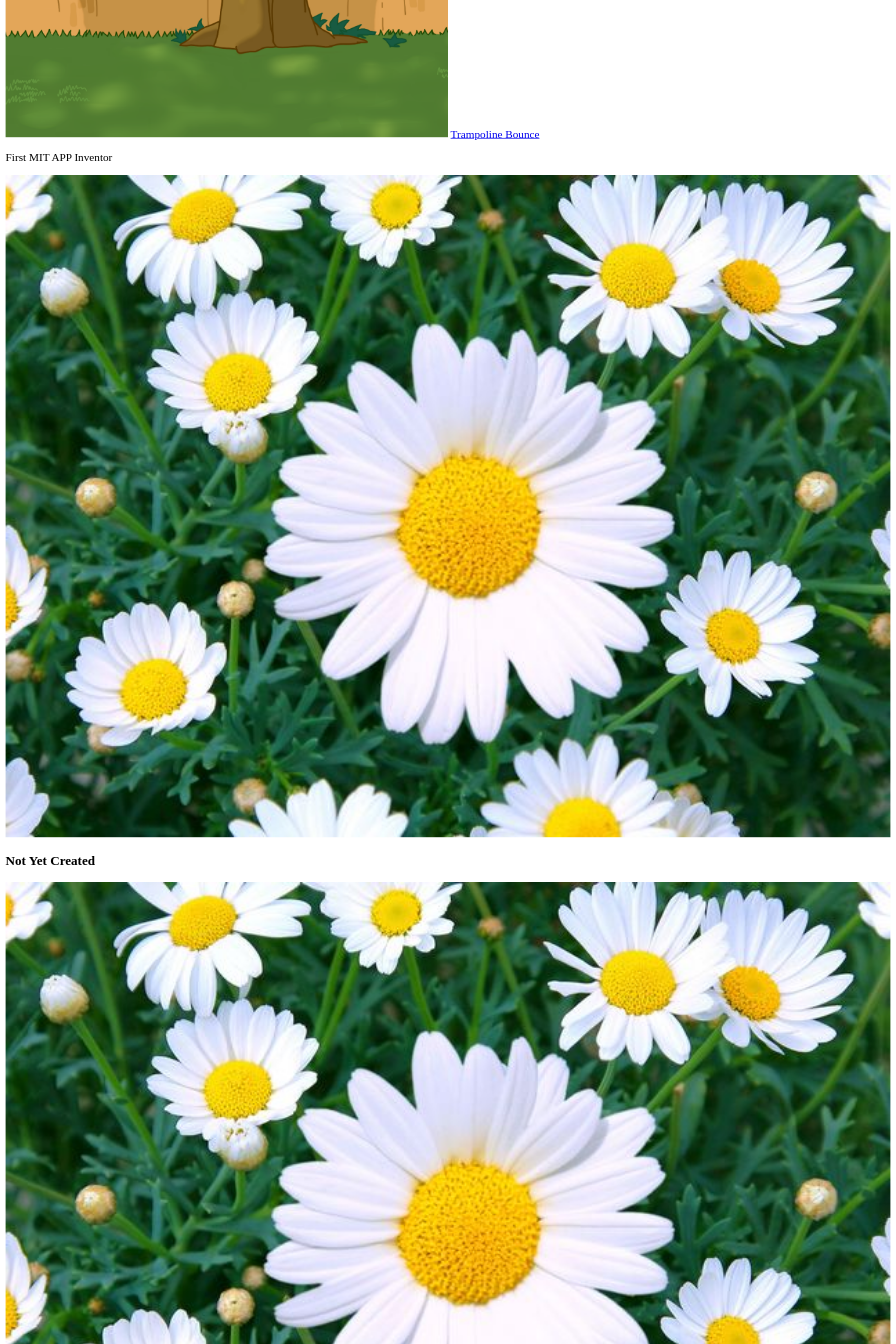
Repository: EMcmurray1862/emcmurray1862.github.io
Page: my_website/portfolio.html
The author's editor kept a record of every edit. The page is drawn from the files as they stood at one moment, then again after the next edit.
The browser window is 1280 px wide. The pictures show the part of the page from y = 970 to 2890 px (the page is 3239 px tall before and 2766 px after), at 70% of full size.

Above is the page before.

After the next edit:
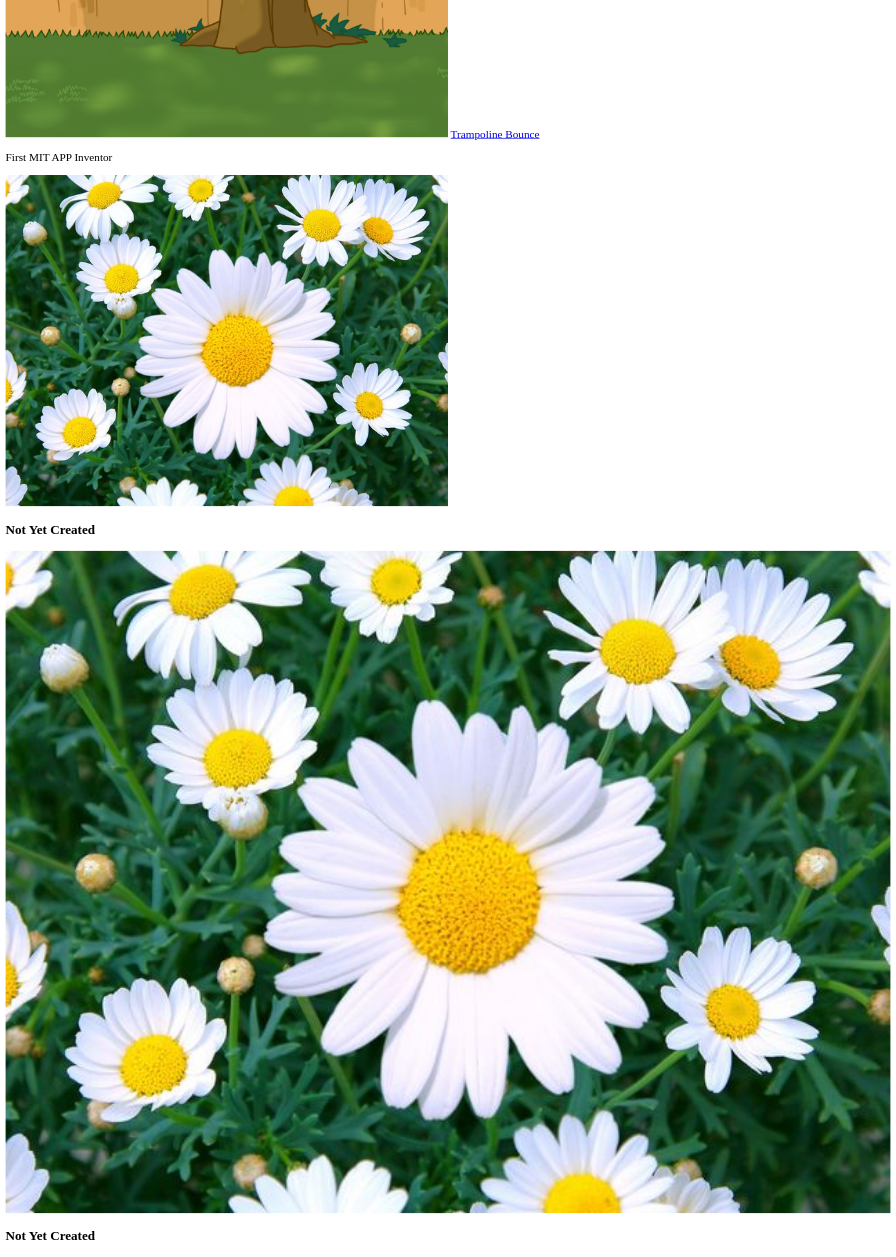
The edit:
--- a/my_website/portfolio.html
+++ b/my_website/portfolio.html
@@ -30,7 +30,7 @@
   </div>
   <div class="column">
     <div class="content">
-    <img src="images/daisy.jpg" style="width:100%" "length:50%">
+    <img src="images/daisy.jpg" style="width:50%" "length:50%">
        <h3>Not Yet Created </h3>
     </div>
   </div>
